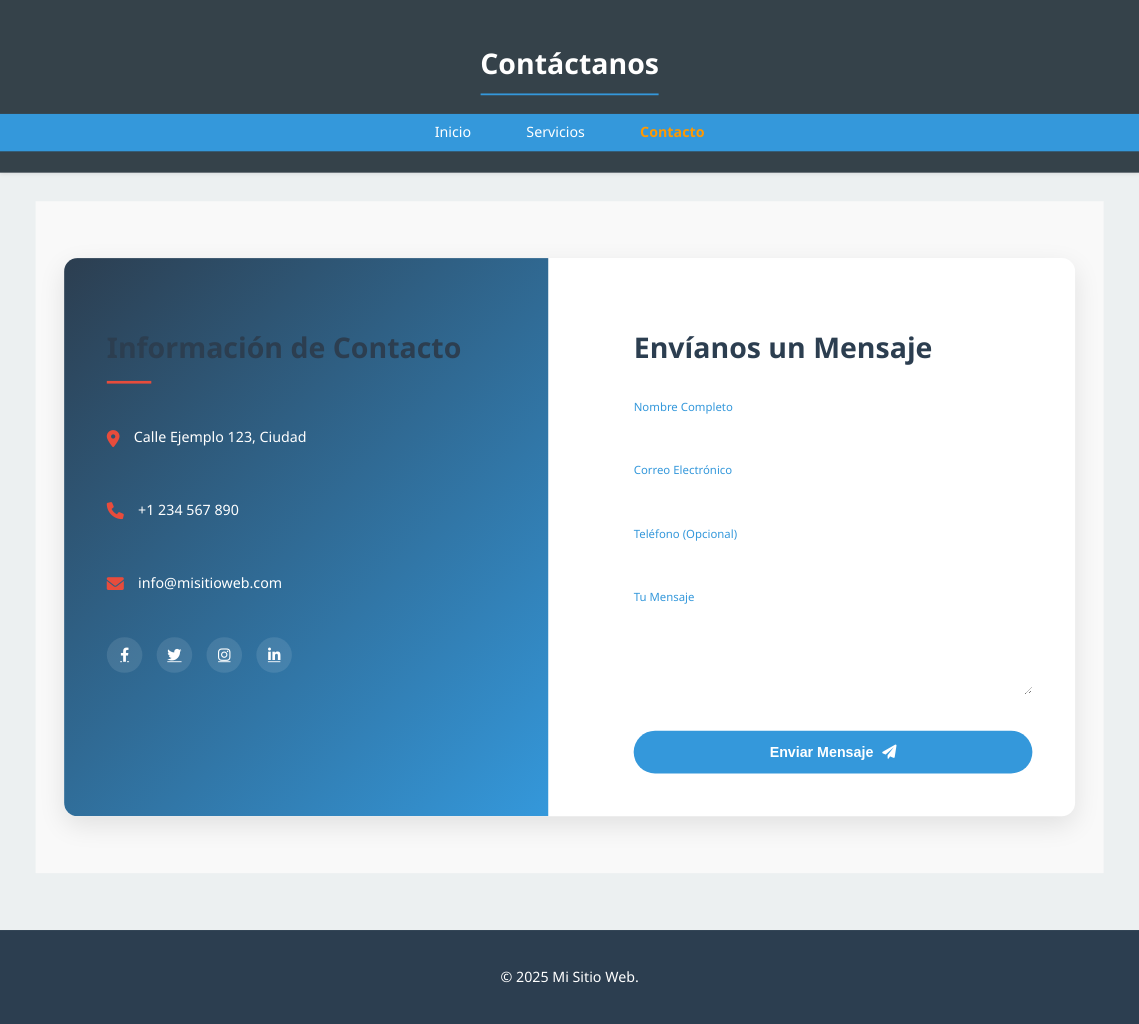
Repository: Sevanjo/Pagina_web
Page: HTML/contacto.html
The author's editor kept a copy of each file at every save. The page is drawn from the files as they stood at one save, then again after the next save.
The browser window is 1280 px wide. The pictures show the whole page, at 89% of full size.

Above is the page before, as saved 2025-04-20 19:37:05.

### HTML/contacto.html
<!DOCTYPE html>
<html lang="es">
<head>
    <meta charset="UTF-8">
    <meta name="viewport" content="width=device-width, initial-scale=1.0">
    <title>Contacto - Mi Sitio Web</title>
    <link rel="stylesheet" href="../CSS/styles.css">
    <link rel="stylesheet" href="https://cdnjs.cloudflare.com/ajax/libs/font-awesome/6.0.0/css/all.min.css">
</head>
<body>
    <div class="loader"></div>

    <header>
        <h1>Contáctanos</h1>
        <nav>
            <ul>
                <li><a href="index.html">Inicio</a></li>
                <li><a href="servicios.html">Servicios</a></li>
                <li><a href="contacto.html">Contacto</a></li>
            </ul>
        </nav>
    </header>

    <main>
        <section class="contact-section">
            <div class="contact-container">
                <div class="contact-info">
                    <h2>Información de Contacto</h2>
                    <div class="info-item">
                        <i class="fas fa-map-marker-alt"></i>
                        <p>Calle Ejemplo 123, Ciudad</p>
                    </div>
                    <div class="info-item">
                        <i class="fas fa-phone"></i>
                        <p>+1 234 567 890</p>
                    </div>
                    <div class="info-item">
                        <i class="fas fa-envelope"></i>
                        <p>info@misitioweb.com</p>
                    </div>
                    <div class="social-links">
                        <a href="#"><i class="fab fa-facebook-f"></i></a>
                        <a href="#"><i class="fab fa-twitter"></i></a>
                        <a href="#"><i class="fab fa-instagram"></i></a>
                        <a href="#"><i class="fab fa-linkedin-in"></i></a>
                    </div>
                </div>

                <form id="contactForm" class="contact-form">
                    <h2>Envíanos un Mensaje</h2>

                    <div class="form-group">
                        <input type="text" id="name" name="name" required>
                        <label for="name">Nombre Completo</label>
                        <span class="focus-border"></span>
                        <div class="error-message" id="name-error"></div>
                    </div>

                    <div class="form-group">
                        <input type="email" id="email" name="email" required>
                        <label for="email">Correo Electrónico</label>
                        <span class="focus-border"></span>
                        <div class="error-message" id="email-error"></div>
                    </div>

                    <div class="form-group">
                        <input type="tel" id="phone" name="phone">
                        <label for="phone">Teléfono (Opcional)</label>
                        <span class="focus-border"></span>
                    </div>

                    <div class="form-group">
                        <textarea id="message" name="message" rows="5" required></textarea>
                        <label for="message">Tu Mensaje</label>
                        <span class="focus-border"></span>
                        <div class="error-message" id="message-error"></div>
                    </div>

                    <button type="submit" class="submit-btn">
                        <span>Enviar Mensaje</span>
                        <i class="fas fa-paper-plane"></i>
                    </button>

                    <div id="form-success" class="success-message">
                        <i class="fas fa-check-circle"></i>
                        <p>¡Mensaje enviado con éxito! Nos pondremos en contacto pronto.</p>
                    </div>
                </form>
            </div>
        </section>
    </main>

    <footer>
        <p>&copy; 2025 Mi Sitio Web.</p>
    </footer>

    <script src="js/script.js"></script>
</body>
</html>

### CSS/styles.css
/* Variables de color */
:root {
    --primary-color: #2c3e50;
    --secondary-color: #3498db;
    --accent-color: #e74c3c;
    --light-color: #ecf0f1;
    --dark-color: #2c3e50;
    --text-color: #333333;
    --text-light: #ffffff;
}

/* Estilos generales */
body {
    font-family: 'Segoe UI', Tahoma, Geneva, Verdana, sans-serif;
    line-height: 1.6;
    margin: 0;
    padding: 0;
    color: var(--text-color);
    background-color: var(--light-color);
}

header {
    background: var(--primary-color);
    color: var(--text-light);
    padding: 1.5rem 0;
    text-align: center;
    box-shadow: 0 2px 5px rgba(0,0,0,0.1);
}
header h1 {
    color: #ffffff; /* Color del texto */
}

nav {
    background: var(--secondary-color);
    padding: 0.5rem 0;
}

nav ul {
    padding: 0;
    list-style: none;
    text-align: center;
    margin: 0;
    display: flex;
    justify-content: center;
}

nav li {
    margin: 0 15px;
}

nav a {
    color: var(--text-light);
    text-decoration: none;
    padding: 0.5rem 1rem;
    border-radius: 4px;
    transition: all 0.3s ease;
}

nav a:hover {
    background: rgba(255,255,255,0.2);
}

main {
    padding: 2rem;
    max-width: 1200px;
    margin: 0 auto;
    min-height: calc(100vh - 300px); /* Ajuste para el footer */
}

footer {
    background: var(--primary-color);
    color: var(--text-light);
    text-align: center;
    padding: 1.5rem;
    margin-top: 2rem;
}

/* Estilos para títulos */
h1, h2, h3 {
    color: var(--primary-color);
}

h1 {
    border-bottom: 2px solid var(--secondary-color);
    padding-bottom: 0.5rem;
    display: inline-block;
}

/* Botones */
button, .button {
    background: var(--secondary-color);
    color: var(--text-light);
    border: none;
    padding: 0.6rem 1.2rem;
    border-radius: 4px;
    cursor: pointer;
    transition: all 0.3s ease;
}

button:hover, .button:hover {
    background: var(--accent-color);
    transform: translateY(-2px);
}

/* Efectos adicionales */
.card {
    background: white;
    border-radius: 8px;
    padding: 1.5rem;
    margin: 1rem 0;
    box-shadow: 0 2px 10px rgba(0,0,0,0.1);
    transition: transform 0.3s ease;
}

.card:hover {
    transform: translateY(-5px);
}

/* Estilos específicos para la página de contacto */
.contact-section {
    padding: 4rem 2rem;
    background-color: #f9f9f9;
}

.contact-container {
    max-width: 1200px;
    margin: 0 auto;
    display: grid;
    grid-template-columns: repeat(auto-fit, minmax(300px, 1fr));
    gap: 3rem;
    background: white;
    border-radius: 15px;
    box-shadow: 0 10px 30px rgba(0, 0, 0, 0.1);
    overflow: hidden;
}

.contact-info {
    padding: 3rem;
    background: linear-gradient(135deg, var(--primary-color), var(--secondary-color));
    color: white;
}

.contact-info h2 {
    font-size: 2rem;
    margin-bottom: 2rem;
    position: relative;
    padding-bottom: 1rem;
}

.contact-info h2::after {
    content: '';
    position: absolute;
    bottom: 0;
    left: 0;
    width: 50px;
    height: 3px;
    background: var(--accent-color);
}

.info-item {
    display: flex;
    align-items: center;
    margin-bottom: 1.5rem;
}

.info-item i {
    font-size: 1.2rem;
    margin-right: 1rem;
    color: var(--accent-color);
}

.social-links {
    display: flex;
    margin-top: 2rem;
    gap: 1rem;
}

.social-links a {
    display: flex;
    align-items: center;
    justify-content: center;
    width: 40px;
    height: 40px;
    border-radius: 50%;
    background: rgba(255, 255, 255, 0.1);
    color: white;
    transition: all 0.3s;
}

.social-links a:hover {
    background: var(--accent-color);
    transform: translateY(-3px);
}

.contact-form {
    padding: 3rem;
    position: relative;
}

.contact-form h2 {
    font-size: 2rem;
    margin-bottom: 2rem;
    color: var(--primary-color);
}

.form-group {
    position: relative;
    margin-bottom: 2rem;
}

.form-group input,
.form-group textarea {
    width: 100%;
    padding: 15px 0 5px 0;
    border: none;
    border-bottom: 1px solid #ddd;
    font-size: 1rem;
    background: transparent;
    transition: all 0.3s;
}

.form-group textarea {
    resize: vertical;
    min-height: 100px;
}

.form-group label {
    position: absolute;
    top: 15px;
    left: 0;
    color: #999;
    pointer-events: none;
    transition: all 0.3s;
}

.form-group input:focus,
.form-group textarea:focus,
.form-group input:not(:placeholder-shown),
.form-group textarea:not(:placeholder-shown) {
    border-bottom-color: transparent;
}

.form-group input:focus ~ label,
.form-group textarea:focus ~ label,
.form-group input:not(:placeholder-shown) ~ label,
.form-group textarea:not(:placeholder-shown) ~ label {
    top: 0;
    font-size: 0.8rem;
    color: var(--secondary-color);
}

.focus-border {
    position: absolute;
    bottom: 0;
    left: 0;
    width: 0;
    height: 2px;
    background: var(--secondary-color);
    transition: width 0.4s;
}

.form-group input:focus ~ .focus-border,
.form-group textarea:focus ~ .focus-border {
    width: 100%;
}

.error-message {
    color: #e74c3c;
    font-size: 0.8rem;
    margin-top: 5px;
    display: none;
}

.success-message {
    display: none;
    background: #2ecc71;
    color: white;
    padding: 1rem;
    border-radius: 5px;
    margin-top: 1rem;
    align-items: center;
    gap: 10px;
    animation: fadeIn 0.5s;
}

.success-message i {
    font-size: 1.5rem;
}

.submit-btn {
    background: var(--secondary-color);
    color: white;
    border: none;
    padding: 15px 30px;
    border-radius: 50px;
    cursor: pointer;
    display: flex;
    align-items: center;
    justify-content: center;
    gap: 10px;
    font-size: 1rem;
    font-weight: 600;
    margin-top: 1rem;
    overflow: hidden;
    position: relative;
    transition: all 0.3s;
    width: 100%;
}

.submit-btn::before {
    content: '';
    position: absolute;
    top: 0;
    left: -100%;
    width: 100%;
    height: 100%;
    background: linear-gradient(90deg, transparent, rgba(255,255,255,0.2), transparent);
    transition: 0.5s;
}

.submit-btn:hover::before {
    left: 100%;
}

.submit-btn:hover {
    background: var(--accent-color);
    transform: translateY(-3px);
    box-shadow: 0 5px 15px rgba(0,0,0,0.1);
}

.submit-btn i {
    transition: all 0.3s;
}

.submit-btn:hover i {
    transform: translateX(5px);
}

@keyframes fadeIn {
    from { opacity: 0; transform: translateY(10px); }
    to { opacity: 1; transform: translateY(0); }
}

/* Responsive */
@media (max-width: 768px) {
    .contact-container {
        grid-template-columns: 1fr;
    }

    .contact-info {
        padding: 2rem;
    }

    .contact-form {
        padding: 2rem;
    }
}

### JS/script.js
// Función para manejar el envío del formulario
document.getElementById('contactForm')?.addEventListener('submit', function(e) {
    e.preventDefault();

    const name = document.getElementById('name').value;
    const email = document.getElementById('email').value;
    const message = document.getElementById('message').value;

    // Validación simple
    if (name && email && message) {
        alert(`Gracias ${name}, tu mensaje ha sido enviado. Te responderemos a ${email} pronto.`);
        this.reset();
    } else {
        alert('Por favor completa todos los campos.');
    }
});

// Cambiar el color del encabezado al hacer scroll
window.addEventListener('scroll', function() {
    const header = document.querySelector('header');
    if (window.scrollY > 50) {
        header.style.backgroundColor = '#222';
    } else {
        header.style.backgroundColor = '#35424a';
    }
});

// Resaltar el enlace de la página actual
document.addEventListener('DOMContentLoaded', function() {
    const currentPage = location.pathname.split('/').pop();
    const links = document.querySelectorAll('nav a');

    links.forEach(link => {
        if (link.getAttribute('href') === currentPage) {
            link.style.fontWeight = 'bold';
            link.style.color = '#ff9900';
        }
    });
});

// Validación del formulario
document.addEventListener('DOMContentLoaded', function() {
    const contactForm = document.getElementById('contactForm');
    const loader = document.querySelector('.loader');

    // Ocultar loader cuando la página cargue
    if(loader) {
        loader.classList.add('loader-hidden');
    }

    if(contactForm) {
        contactForm.addEventListener('submit', function(e) {
            e.preventDefault();

            // Resetear mensajes de error
            document.querySelectorAll('.error-message').forEach(el => {
                el.style.display = 'none';
            });

            let isValid = true;

            // Validar nombre
            const name = document.getElementById('name');
            if(name.value.trim() === '') {
                document.getElementById('name-error').textContent = 'Por favor ingresa tu nombre';
                document.getElementById('name-error').style.display = 'block';
                isValid = false;
            }

            // Validar email
            const email = document.getElementById('email');
            const emailRegex = /^[^\s@]+@[^\s@]+\.[^\s@]+$/;
            if(email.value.trim() === '') {
                document.getElementById('email-error').textContent = 'Por favor ingresa tu email';
                document.getElementById('email-error').style.display = 'block';
                isValid = false;
            } else if(!emailRegex.test(email.value)) {
                document.getElementById('email-error').textContent = 'Por favor ingresa un email válido';
                document.getElementById('email-error').style.display = 'block';
                isValid = false;
            }

            // Validar mensaje
            const message = document.getElementById('message');
            if(message.value.trim() === '') {
                document.getElementById('message-error').textContent = 'Por favor ingresa tu mensaje';
                document.getElementById('message-error').style.display = 'block';
                isValid = false;
            }

            if(isValid) {
                // Simular envío (en un caso real sería una petición AJAX)
                const submitBtn = contactForm.querySelector('.submit-btn');
                submitBtn.disabled = true;
                submitBtn.innerHTML = '<i class="fas fa-spinner fa-spin"></i> Enviando...';

                setTimeout(function() {
                    // Mostrar mensaje de éxito
                    document.getElementById('form-success').style.display = 'flex';
                    contactForm.reset();

                    // Resetear botón
                    submitBtn.disabled = false;
                    submitBtn.innerHTML = '<span>Enviar Mensaje</span><i class="fas fa-paper-plane"></i>';

                    // Ocultar mensaje después de 5 segundos
                    setTimeout(function() {
                        document.getElementById('form-success').style.display = 'none';
                    }, 5000);
                }, 1500);
            }
        });

        // Efecto de carga para los elementos del formulario
        const formGroups = document.querySelectorAll('.form-group');
        formGroups.forEach((group, index) => {
            group.style.opacity = '0';
            group.style.transform = 'translateY(20px)';
            group.style.transition = 'all 0.5s ease ' + (index * 0.1) + 's';

            setTimeout(function() {
                group.style.opacity = '1';
                group.style.transform = 'translateY(0)';
            }, 100);
        });
    }
});

After the next save:
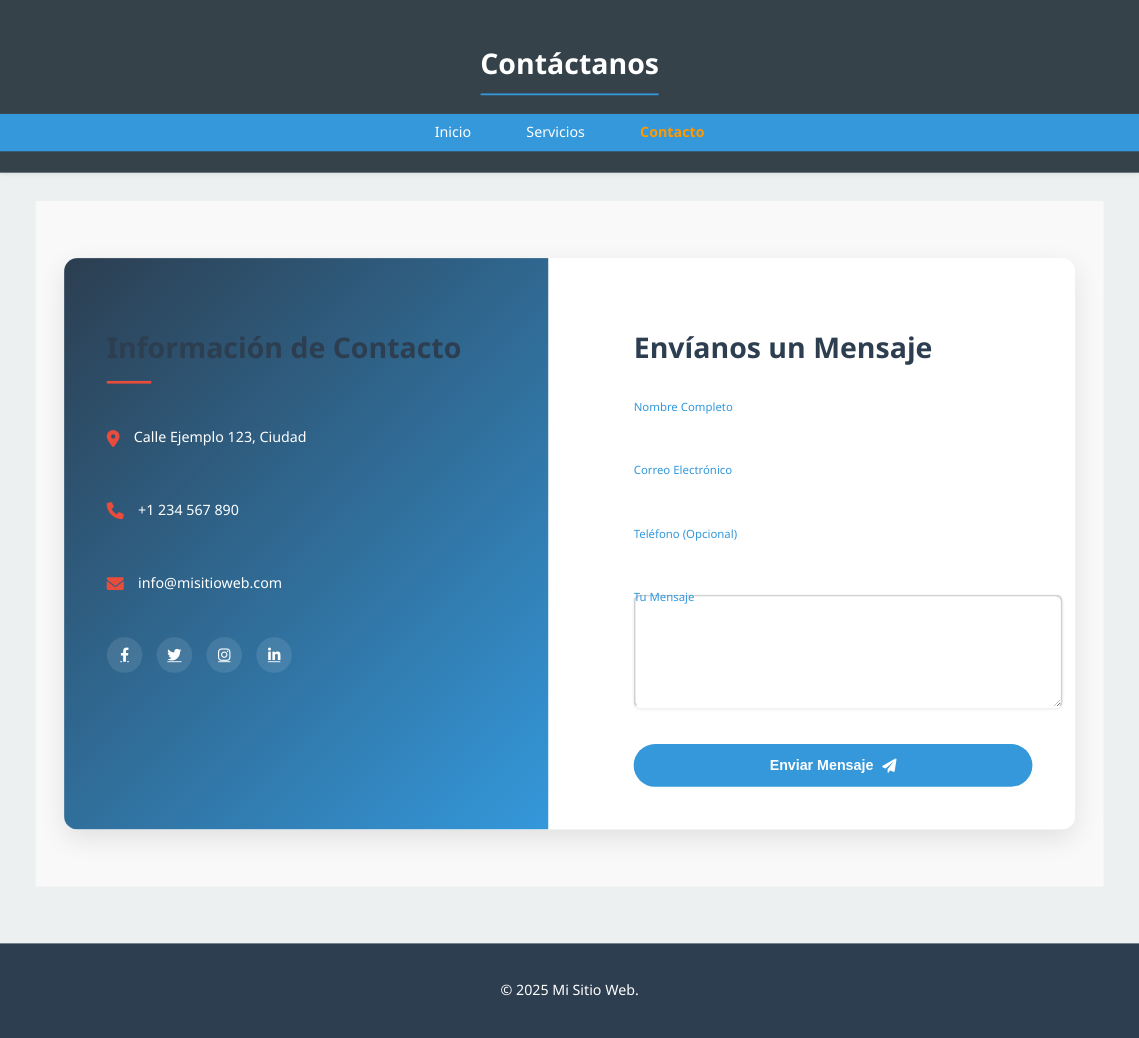
Saved 16 min 50 s later.
--- a/CSS/styles.css
+++ b/CSS/styles.css
@@ -27,7 +27,7 @@
     box-shadow: 0 2px 5px rgba(0,0,0,0.1);
 }
 header h1 {
-    color: #ffffff; /* Color del texto */
+    color: #ffffff;
 }
 
 nav {
@@ -64,7 +64,7 @@
     padding: 2rem;
     max-width: 1200px;
     margin: 0 auto;
-    min-height: calc(100vh - 300px); /* Ajuste para el footer */
+    min-height: calc(100vh - 300px);
 }
 
 footer {
@@ -234,14 +234,28 @@
 }
 
 .form-group input:focus,
-.form-group textarea:focus,
+.form-group textarea {
+    width: 100%;
+    padding: 12px 15px;
+    border: 2px solid #d1d1d1; /* Borde más grueso y visible */
+    border-radius: 8px; /* Esquinas más redondeadas */
+    font-size: 1rem;
+    background: #ffffff;
+    transition: all 0.3s ease;
+    margin-top: 8px; /* Espacio entre label y campo */
+    box-shadow: 0 1px 3px rgba(0,0,0,0.1); /* Sutil sombra para profundidad */
+}
 .form-group input:not(:placeholder-shown),
 .form-group textarea:not(:placeholder-shown) {
     border-bottom-color: transparent;
 }
 
-.form-group input:focus ~ label,
-.form-group textarea:focus ~ label,
+.form-group input:focus,
+.form-group textarea:focus {
+    border-color: var(--secondary-color); /* Color destacado al enfocar */
+    outline: none; /* Elimina el outline por defecto */
+    box-shadow: 0 0 0 3px rgba(52, 152, 219, 0.2); /* Efecto de glow */
+}
 .form-group input:not(:placeholder-shown) ~ label,
 .form-group textarea:not(:placeholder-shown) ~ label {
     top: 0;

After the 2 saves that followed:
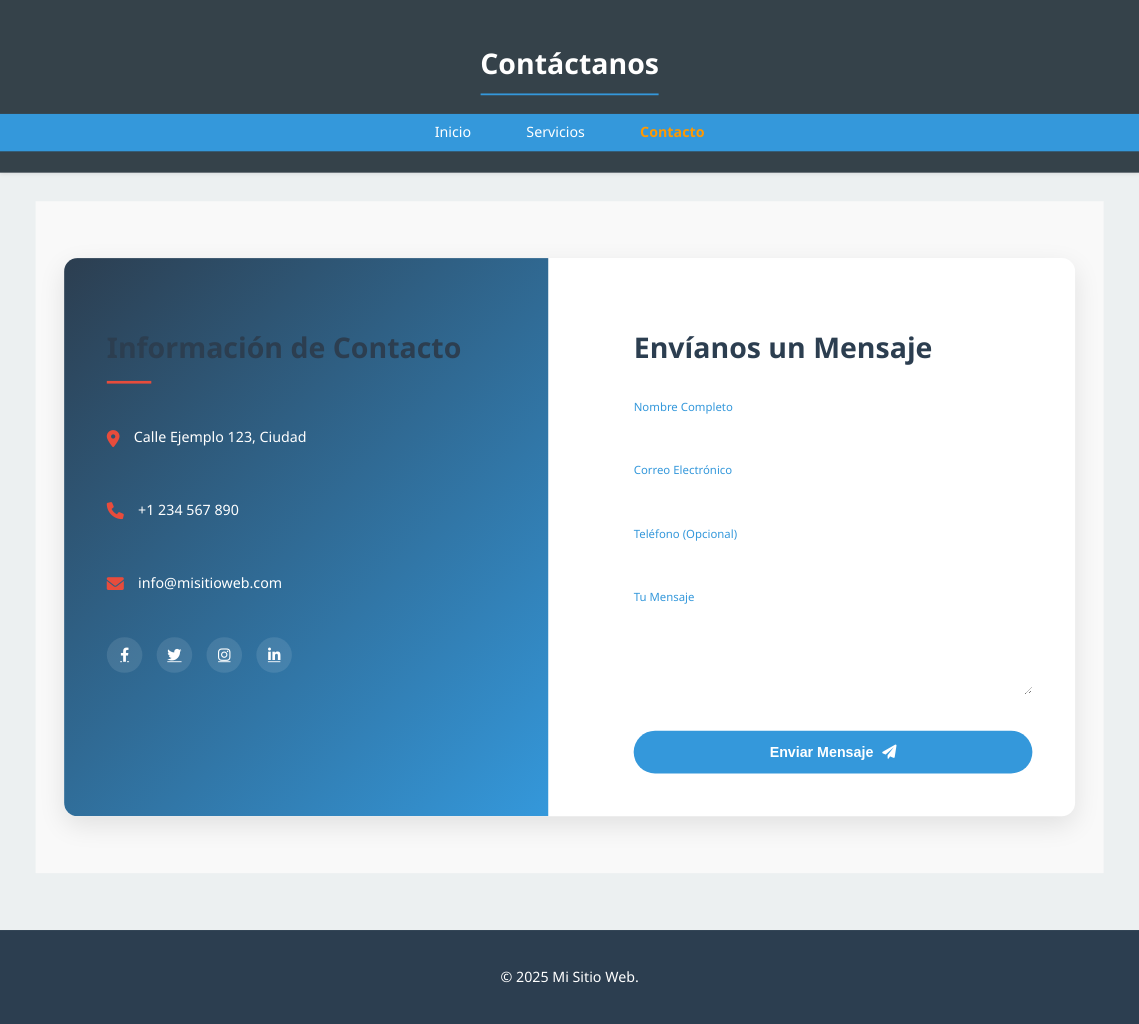
The 2 saves are shown as one change because 1 left the picture as it was.
The last was saved 34 s later.
--- a/CSS/styles.css
+++ b/CSS/styles.css
@@ -234,28 +234,14 @@
 }
 
 .form-group input:focus,
-.form-group textarea {
-    width: 100%;
-    padding: 12px 15px;
-    border: 2px solid #d1d1d1; /* Borde más grueso y visible */
-    border-radius: 8px; /* Esquinas más redondeadas */
-    font-size: 1rem;
-    background: #ffffff;
-    transition: all 0.3s ease;
-    margin-top: 8px; /* Espacio entre label y campo */
-    box-shadow: 0 1px 3px rgba(0,0,0,0.1); /* Sutil sombra para profundidad */
-}
+.form-group textarea:focus,
 .form-group input:not(:placeholder-shown),
 .form-group textarea:not(:placeholder-shown) {
     border-bottom-color: transparent;
 }
 
-.form-group input:focus,
-.form-group textarea:focus {
-    border-color: var(--secondary-color); /* Color destacado al enfocar */
-    outline: none; /* Elimina el outline por defecto */
-    box-shadow: 0 0 0 3px rgba(52, 152, 219, 0.2); /* Efecto de glow */
-}
+.form-group input:focus ~ label,
+.form-group textarea:focus ~ label,
 .form-group input:not(:placeholder-shown) ~ label,
 .form-group textarea:not(:placeholder-shown) ~ label {
     top: 0;
